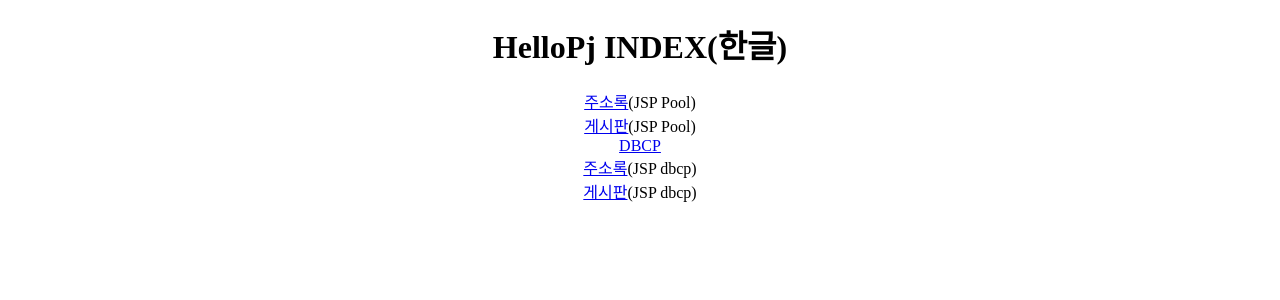
Repository: betweenhj702/Web-App-Server-Practices
Page: http://localhost/HelloPj/
These files come from the project's save history. The page is drawn as it stood at one moment and after the next save; the edit follows.
The browser window is 1280 px wide. The pictures show the whole page.
The page is served by Tomcat 9. Other server files are loaded and not shown.

Above is the page before, as saved 2020-12-29 08:20:52.

### workspace/HelloPj/WebContent/index.jsp
<%@ page language="java" contentType="text/html; charset=UTF-8"
    pageEncoding="UTF-8"%>
<!DOCTYPE html>
<html>
<head>
<meta charset="UTF-8">
<title>HelloPJ index</title>
</head>
<body>
	<div style="text-align:center">
		   <h1>HelloPj INDEX(한글)</h1>
		   <p>
		   	<a href="addr_jsp_pool/list.jsp">주소록</a>(JSP Pool)<br/>
		   	<a href="sm_jsp_pool/list.jsp">게시판</a>(JSP Pool)<br/>
		   	<a href="hello_dbcp.jsp">DBCP</a><br/>
		   	<a href="addr_jsp_dbcp/list.jsp">주소록</a>(JSP dbcp)<br/>
		   	<a href="sm_jsp_dbcp/list.jsp">게시판</a>(JSP dbcp)<br/>
		   </p>
		</div>
</body>
</html>

After the next save:
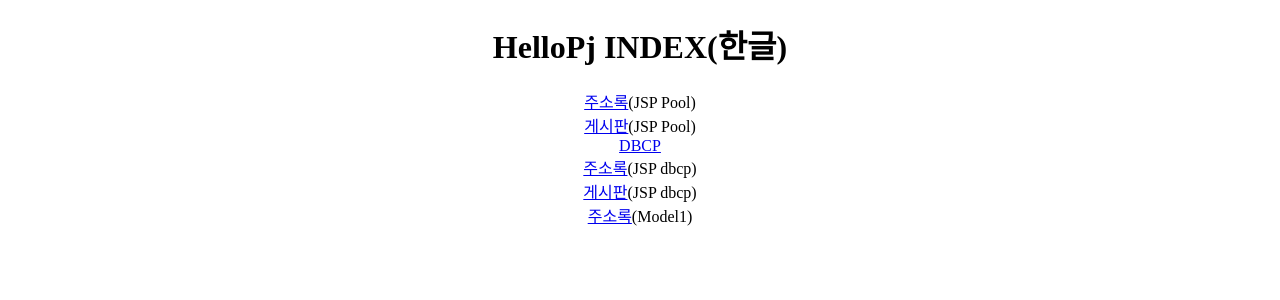
Saved 17 h 25 min later.
--- a/workspace/HelloPj/WebContent/index.jsp
+++ b/workspace/HelloPj/WebContent/index.jsp
@@ -15,6 +15,8 @@
 		   	<a href="hello_dbcp.jsp">DBCP</a><br/>
 		   	<a href="addr_jsp_dbcp/list.jsp">주소록</a>(JSP dbcp)<br/>
 		   	<a href="sm_jsp_dbcp/list.jsp">게시판</a>(JSP dbcp)<br/>
+
+		   	<a href="addr_mv/list.jsp">주소록</a>(Model1)<br/>
 		   </p>
 		</div>
 </body>
